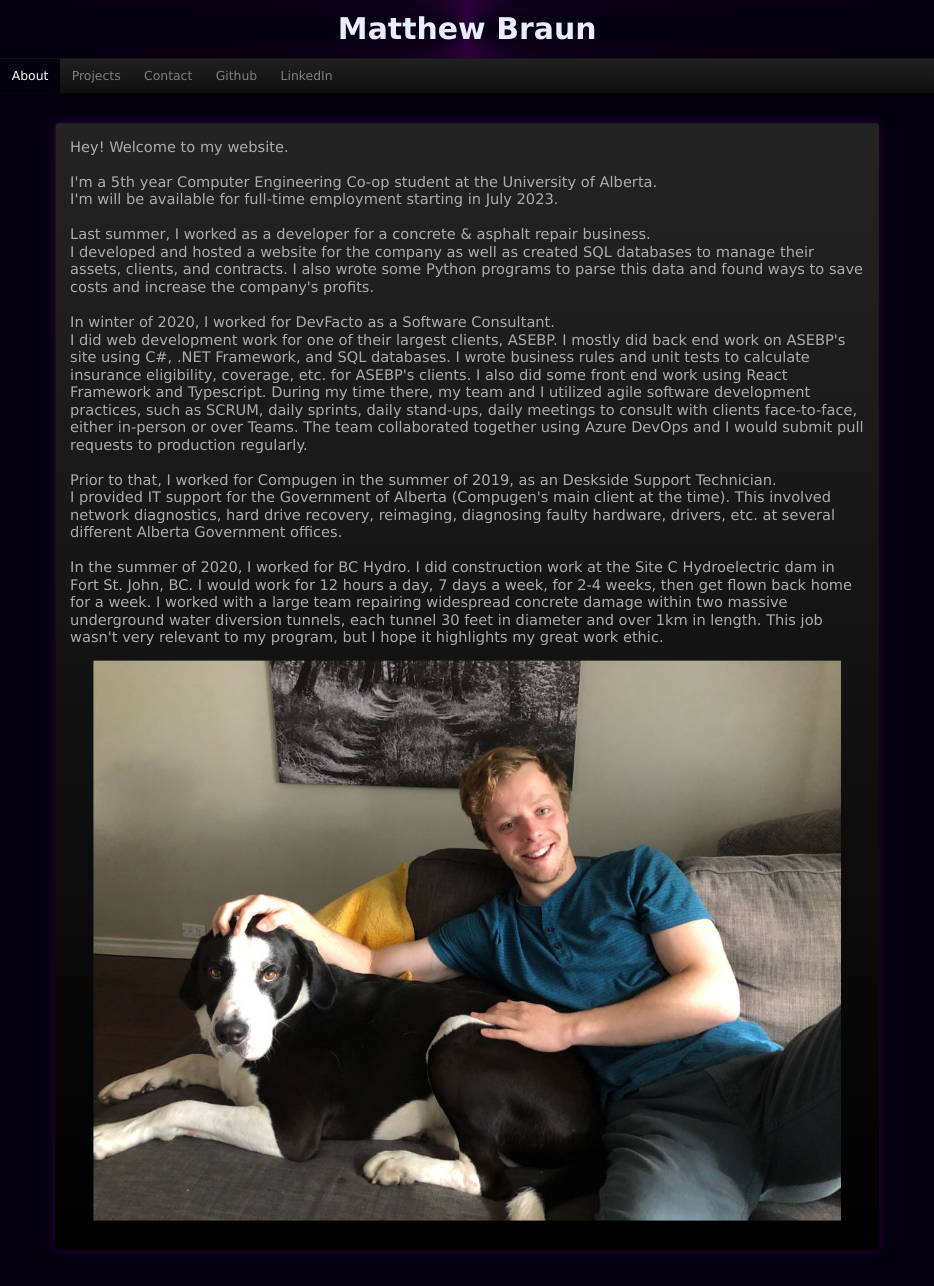
Repository: mjbraun95/MyPersonalWebsite
Page: http://localhost/
These files come from the project's save history. The page is drawn as it stood at one moment and after the next save; the edit follows.
The browser window is 1280 px wide. The pictures show the whole page, at 73% of full size.
The page is run by PHP 8.4 with error messages shown; the project is at /var/www/html/.

Above is the page before, as saved 2023-06-24 15:57:39.

After the next save:
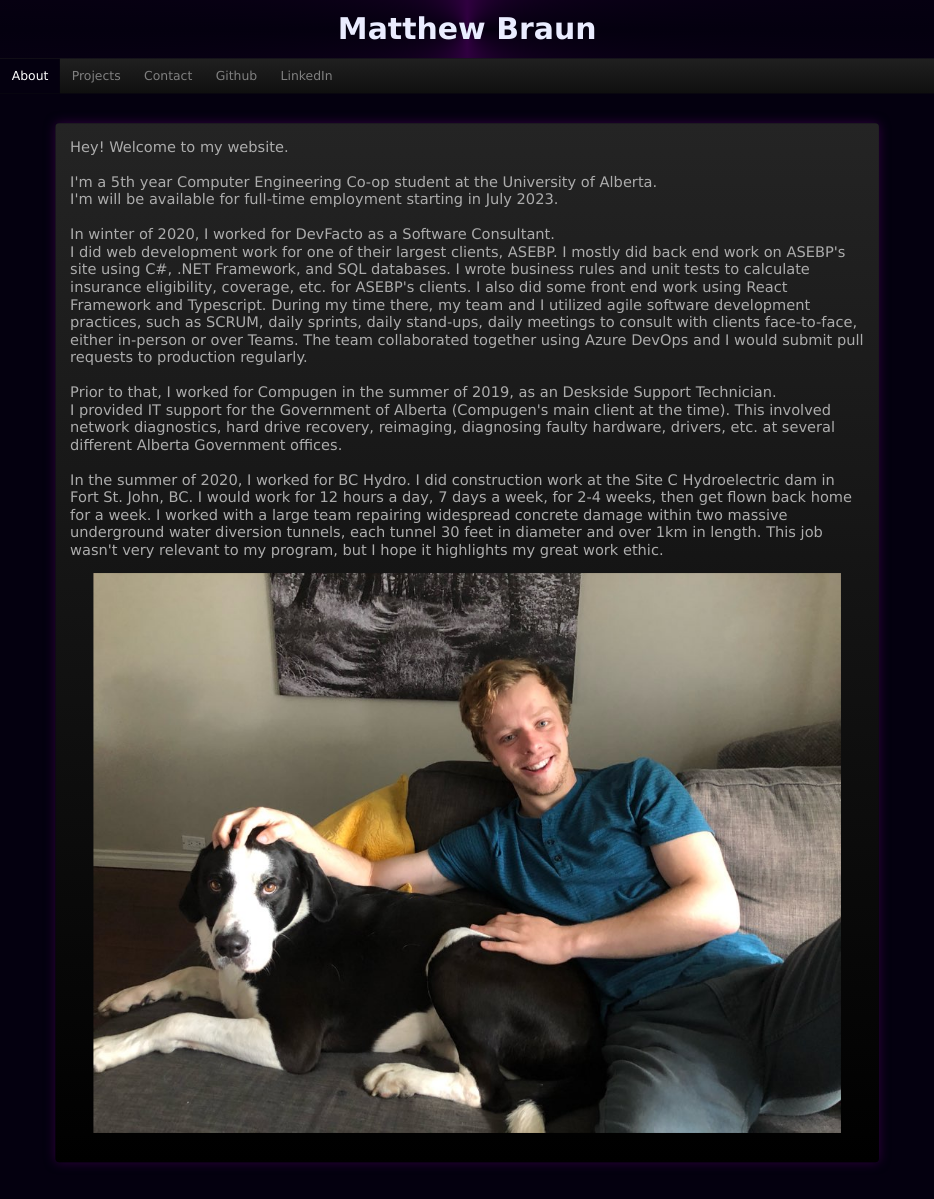
Saved 53 s later.
--- a/html/index.php
+++ b/html/index.php
@@ -23,8 +23,10 @@
         I'm a 5th year Computer Engineering Co-op student at the University of Alberta. <br>
         I'm will be available for full-time employment starting in July 2023. <br><br>
 
-        Last summer, I worked as a developer for a concrete & asphalt repair business. <br>
-        I developed and hosted a website for the company as well as created SQL databases to manage their assets, clients, and contracts. I also wrote some Python programs to parse this data and found ways to save costs and increase the company's profits. <br><br>
+
+
+        <!-- Last summer, I worked as a developer for a concrete & asphalt repair business. <br>
+        I developed and hosted a website for the company as well as created SQL databases to manage their assets, clients, and contracts. I also wrote some Python programs to parse this data and found ways to save costs and increase the company's profits. <br><br> -->
 
         In winter of 2020, I worked for DevFacto as a Software Consultant.<br>
         I did web development work for one of their largest clients, ASEBP. I mostly did back end work on ASEBP's site using C#, .NET Framework, and SQL databases. I wrote business rules and unit tests to calculate insurance eligibility, coverage, etc. for ASEBP's clients. I also did some front end work using React Framework and Typescript. During my time there, my team and I utilized agile software development practices, such as SCRUM, daily sprints, daily stand-ups, daily meetings to consult with clients face-to-face, either in-person or over Teams. The team collaborated together using Azure DevOps and I would submit pull requests to production regularly. <br><br>
